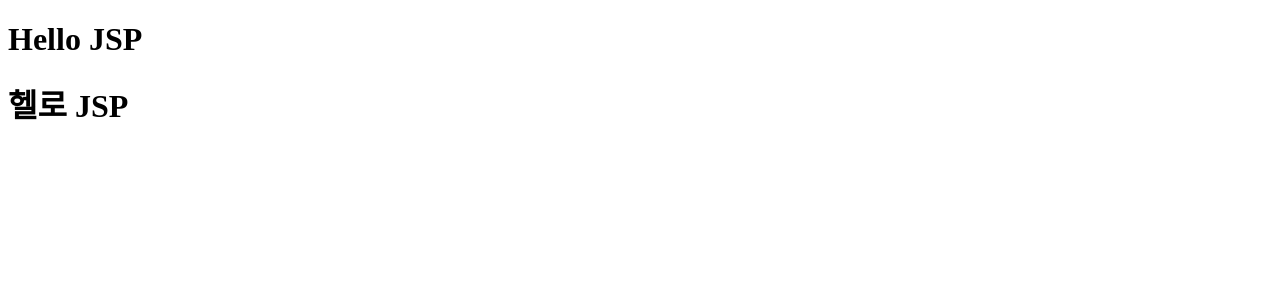
Repository: kimseunghyo/lecture-jsp
Page: http://localhost/jsp02/hello.jsp
These files come from the project's save history. The page is drawn as it stood at one moment and after the next save; the edit follows.
The browser window is 1280 px wide. The pictures show the whole page.
The page is served by Tomcat 9. Other server files are loaded and not shown.

Above is the page before, as saved 2023-03-03 01:49:06.

### jsp02/src/main/webapp/hello.jsp
<%@ page language="java" contentType="text/html; charset=UTF-8"
	pageEncoding="UTF-8"%>
<!DOCTYPE html>
<html>
<head>
<meta charset="UTF-8">
<title>Insert title here</title>
</head>
<body>
	<h1>Hello JSP</h1>
	<h1> 헬로 JSP</h1>
</body>
</html>

After the next save:
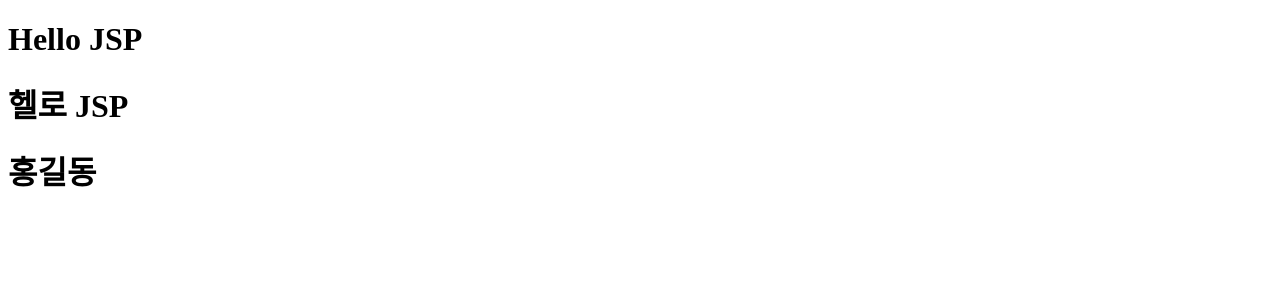
Saved 2 min 24 s later.
--- a/jsp02/src/main/webapp/hello.jsp
+++ b/jsp02/src/main/webapp/hello.jsp
@@ -7,7 +7,12 @@
 <title>Insert title here</title>
 </head>
 <body>
+	<%
+	String name = "홍길동";
+	int age = 30;
+	%>
 	<h1>Hello JSP</h1>
-	<h1> 헬로 JSP</h1>
+	<h1>헬로 JSP</h1>
+	<h1><% out.println(name); %></h1>
 </body>
 </html>
